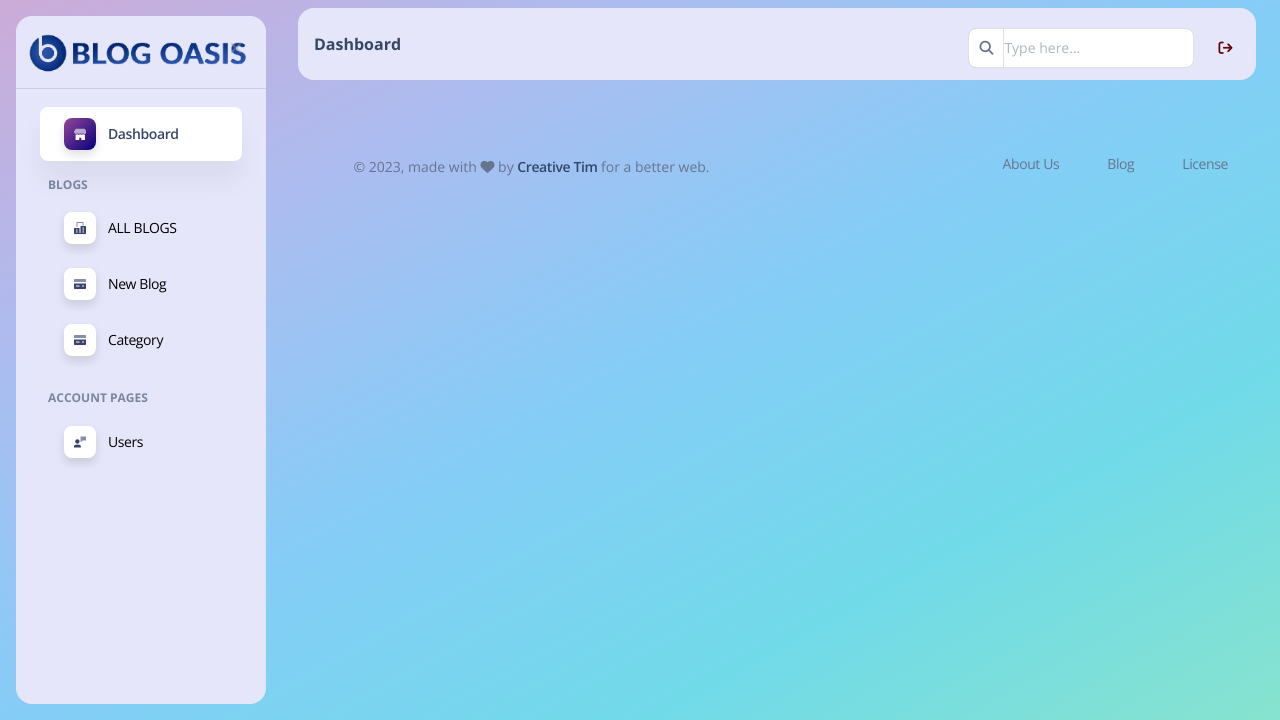
Repository: jigar-64/BlogOasis
Page: http://localhost/blogoasis/admin/index.php
An editor plug-in stored every save of this project. The page is shown before and after the next save, followed by the edit.
The browser window is 1280 px wide. The pictures show the whole page.
Some web libraries are served in a nearby version. The page is run by PHP 8.4 with error messages shown; the project is at /var/www/html/. The session is filled in as if someone had signed in: {"user_id": 1, "user_role": "admin"}.

Above is the page before, as saved 2023-08-13 12:20:53.

After the next save:
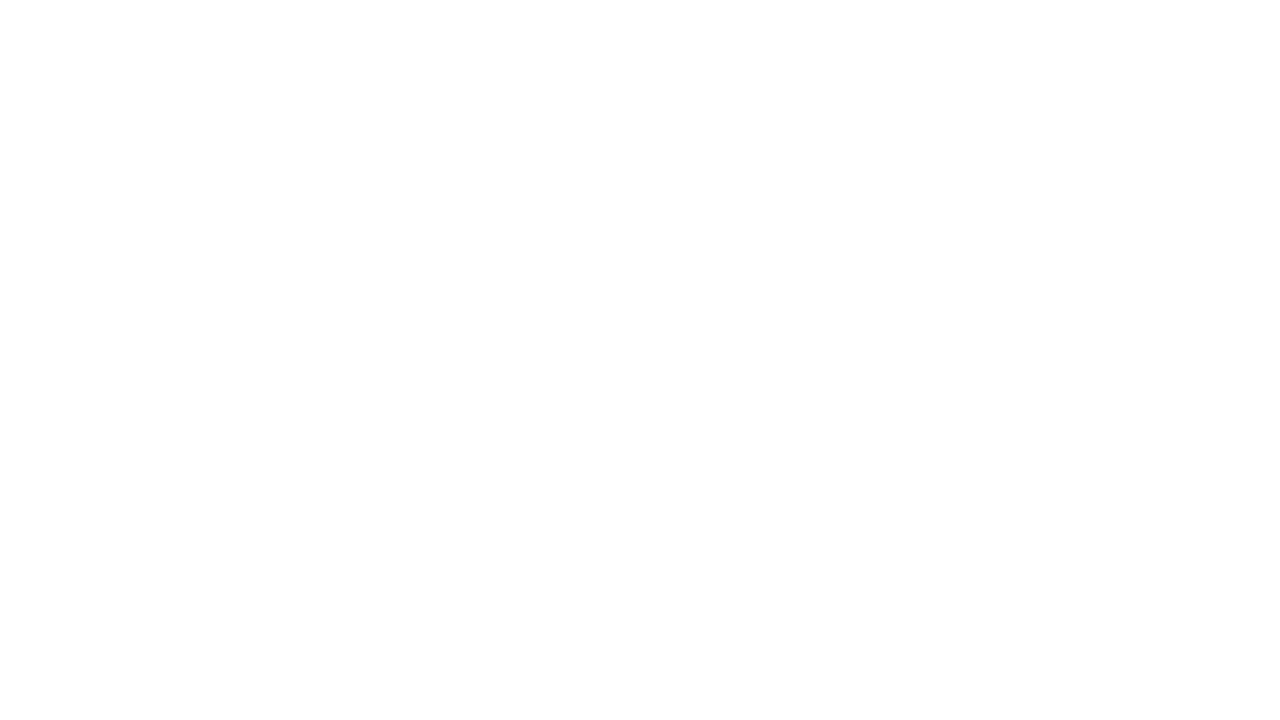
Saved 16 s later.
--- a/BlogOasis API/admin/index.php
+++ b/BlogOasis API/admin/index.php
@@ -1,4 +1,5 @@
 <?php include "configuration/connection.php"; ?>
+<?php include ("./pages/includes/auth.php");?>
 <?php
 // session_start();
 // if (!isset($_SESSION["user_id"])) {

After the save that followed:
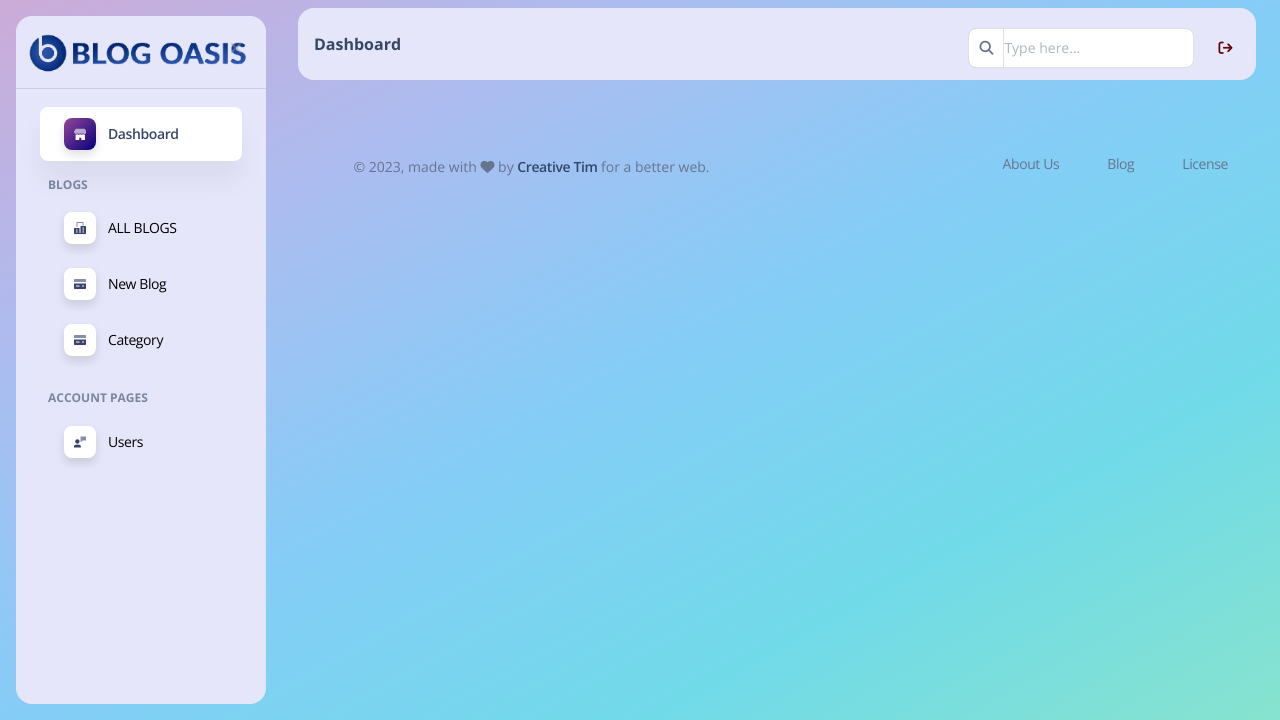
Saved 79 s later.
--- a/BlogOasis API/admin/pages/includes/auth.php
+++ b/BlogOasis API/admin/pages/includes/auth.php
@@ -9,7 +9,7 @@ if (isset($_SESSION["user_id"]) && isset($_SESSION["user_role"])) {
     if ($user_role === "user") {
         header('Location:' .BASE_URL .'/pages/blogs.php');
     } elseif ($user_role === "admin") {
-        exit();
+
     } else {
         echo "you are not any user";
     }
